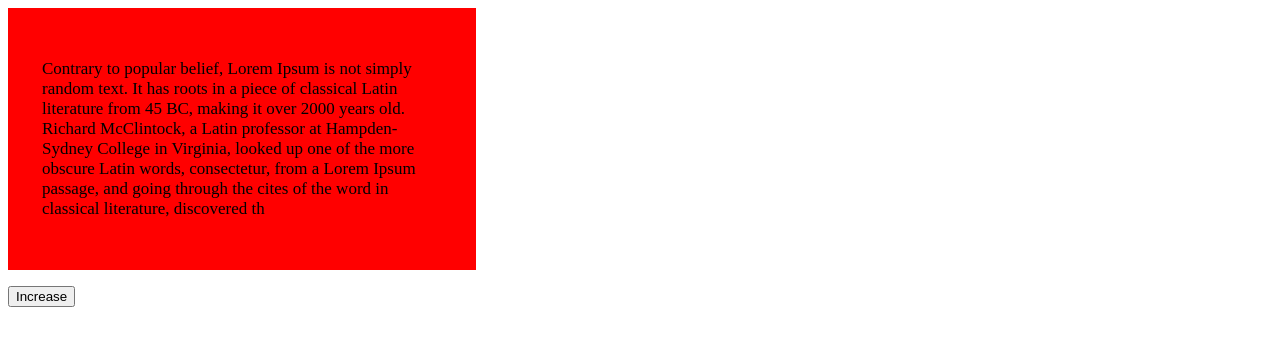
Repository: nema38/30DaysTrainning
Page: 30Days12/index.html
An editor plug-in stored every save of this project. The page is shown before and after the next save, followed by the edit.
The browser window is 1280 px wide. The pictures show the whole page.
After loading, the first visible `button` was clicked once.
Some web libraries are served in a nearby version.

Above is the page before, as saved 2014-04-17 19:51:25.

After the next save:
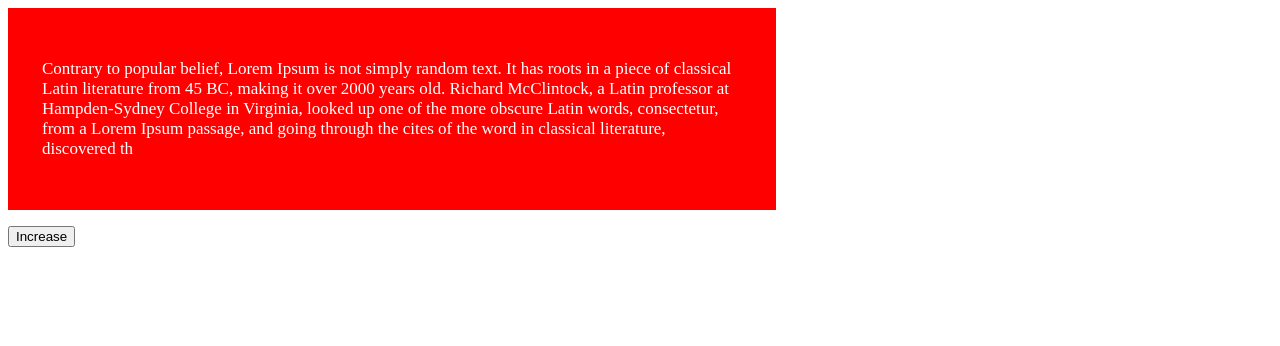
Saved 2 min 1 s later.
--- a/30Days12/index.html
+++ b/30Days12/index.html
@@ -34,7 +34,7 @@
 			$('button').on('click', function() {
 				box.css( {
 					'fontSize': '+=1',
-					'color': 'black'
+					'width': '+=300'
 				});
 			});
 		})();
